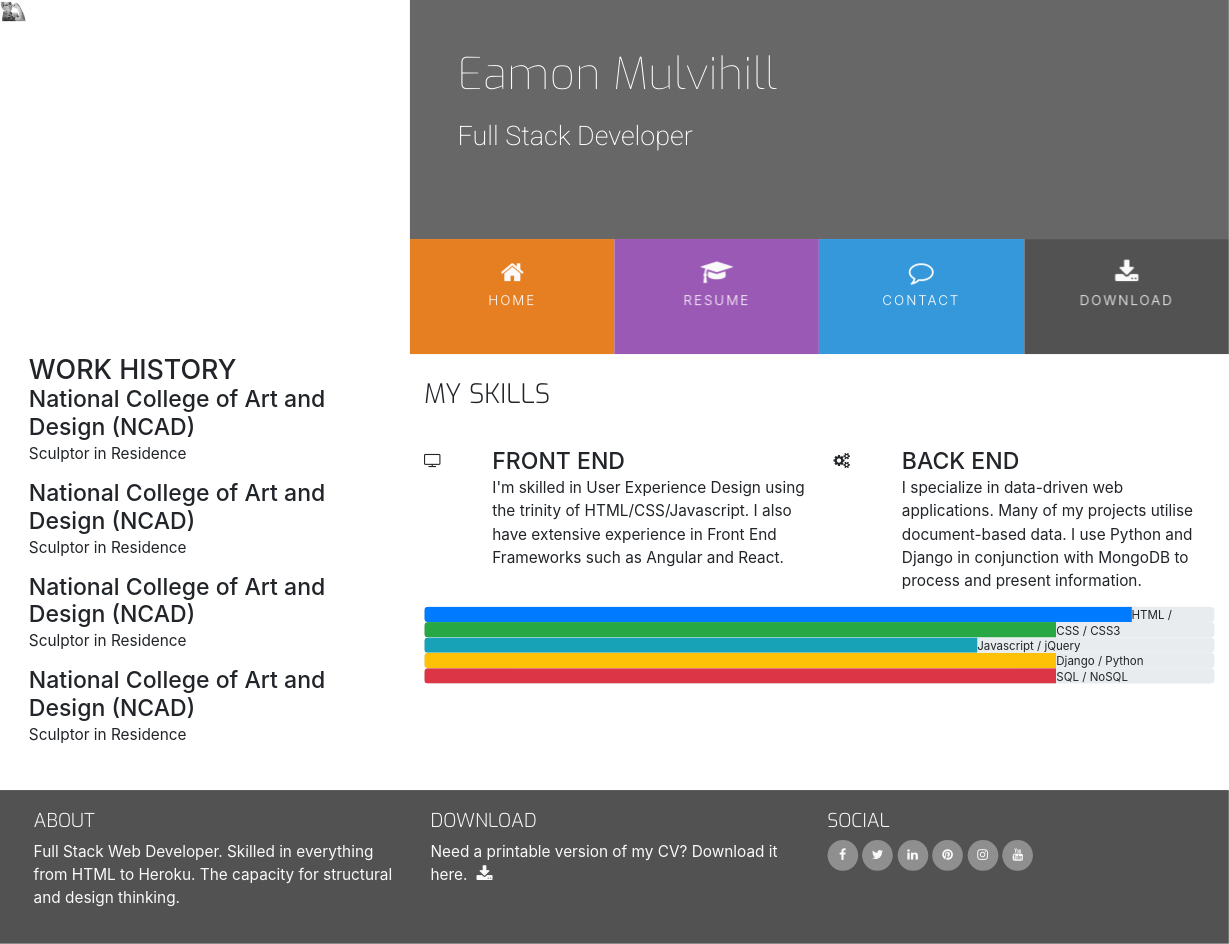
Repository: emulvihi/interactive-cv
Page: resume.html
The author's editor kept a record of every edit. The page is drawn from the files as they stood at one moment, then again after the next edit.
The browser window is 1280 px wide. The pictures show the whole page, at 96% of full size.

Above is the page before.

After the next edit:
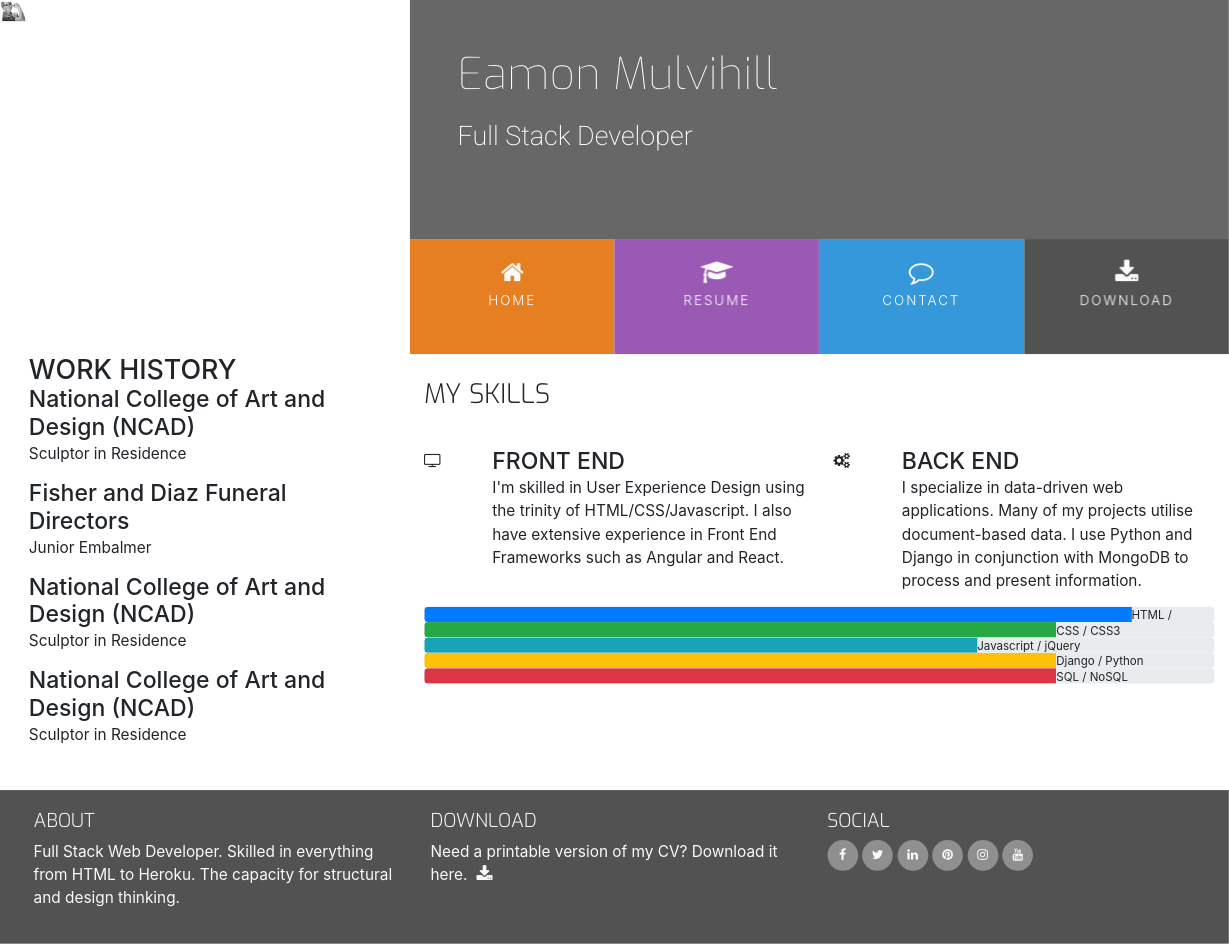
The edit:
--- a/resume.html
+++ b/resume.html
@@ -62,9 +62,9 @@
                     <h4>National College of Art and Design (NCAD)</h4>
                     <p>Sculptor in Residence</p>
                 </div>
-                <div class="timeline-item" data-dates="02/1998 - 04/2004">
-                    <h4>National College of Art and Design (NCAD)</h4>
-                    <p>Sculptor in Residence</p>
+                <div class="timeline-item" data-dates="04/2004 - 06/2008">
+                    <h4>Fisher and Diaz Funeral Directors</h4>
+                    <p>Junior Embalmer</p></p>
                 </div>
                 <div class="timeline-item" data-dates="02/1998 - 04/2004">
                     <h4>National College of Art and Design (NCAD)</h4>
